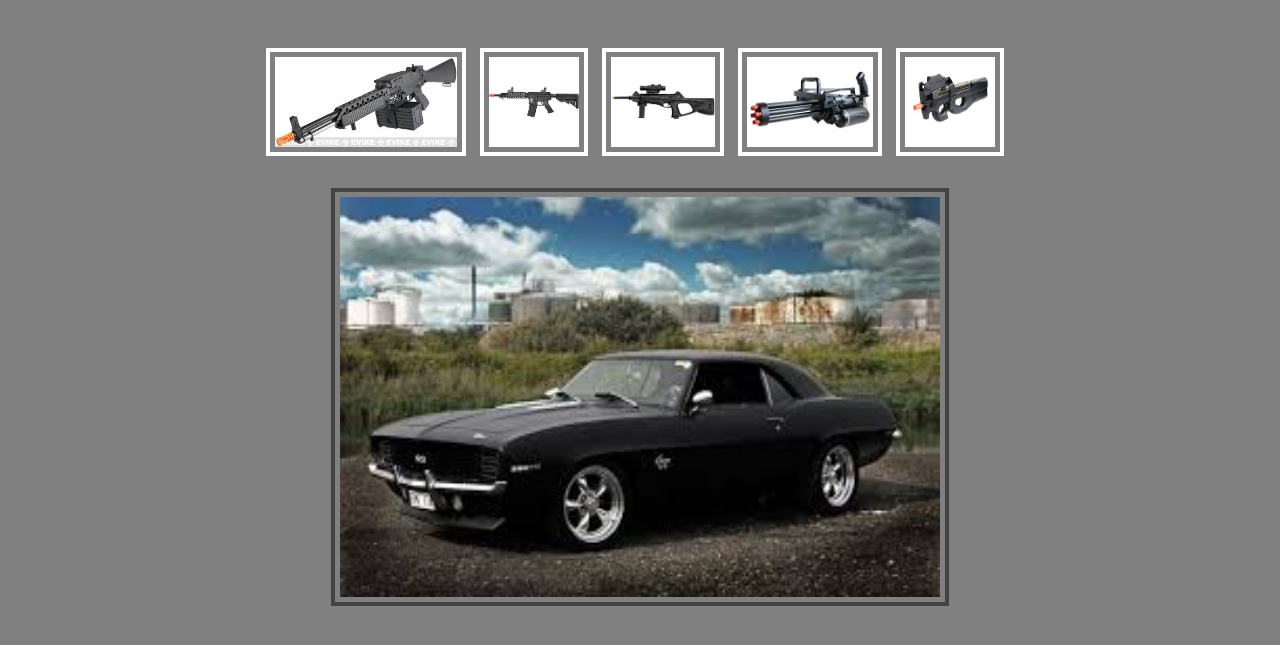
Repository: VladimirJetchev/JavaScriptHomework
Page: HomeworkJS/Task9JS/Task9JS.html
The author's editor kept a copy of each file at every save. The page is drawn from the files as they stood at one save, then again after the next save.
The browser window is 1280 px wide. The pictures show the whole page.

Above is the page before, as saved 2016-01-11 19:33:12.

### HomeworkJS/Task9JS/Task9JS.html
<!DOCTYPE html>
<html>
<head>
<link rel="stylesheet" type="text/css" href="Task9.css">

</head>
<body>

<div class="gallery" align="center">
	<br />
	<div class="thumbnails">
		<img onmouseover="preview.src=img1.src" name="img1" src="images/gun1.jpg" alt="no gun"/>
		<img onmouseover="preview.src=img2.src" name="img2" src="images/gun2.jpg" alt="no gun"/>
		<img onmouseover="preview.src=img3.src" name="img3" src="images/gun3.jpg" alt="no gun"/>
		<img onmouseover="preview.src=img4.src" name="img4" src="images/gun4.jpg" alt="no gun"/>
		<img onmouseover="preview.src=img5.src" name="img5" src="images/gun5.jpg" alt="no gun"/>
	</div><br/>
	<div class="preview" align="center">
		<img name="preview" src="images/car1.jpg" alt="no gun"/>
	</div>
</div>
</body>
</html>

### HomeworkJS/Task9JS/Task9.css
body {
	background: grey;
	color: green;
	margin-top: 30px;
}
a {
	color:blue;
}
a:hover {
	color: yellow;
	text-decoration: underline;
}
.thumbnails img {
	height: 90px;
	border: 4px solid #FFFFFF;
	padding: 5px;
	margin: 0 10px 10px 0;
}

.thumbnails img:hover {
	border: 4px solid #00ccff;
	cursor:pointer;
}

.preview img {
	border: 4px solid #444;
	padding: 5px;
	width: 600px;
	height: 400px;
}

After the next save:
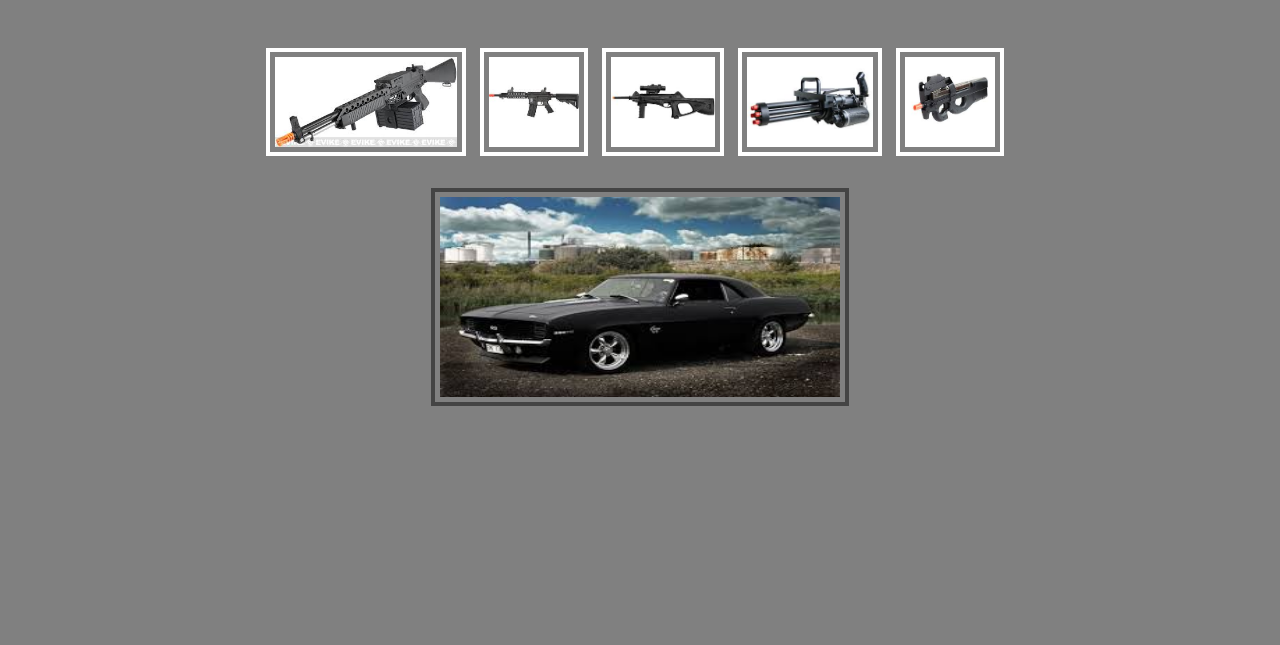
Saved 70 s later.
--- a/HomeworkJS/Task9JS/Task9.css
+++ b/HomeworkJS/Task9JS/Task9.css
@@ -25,6 +25,6 @@ a:hover {
 .preview img {
 	border: 4px solid #444;
 	padding: 5px;
-	width: 600px;
-	height: 400px;
+	width: 400px;
+	height: 200px;
 }
